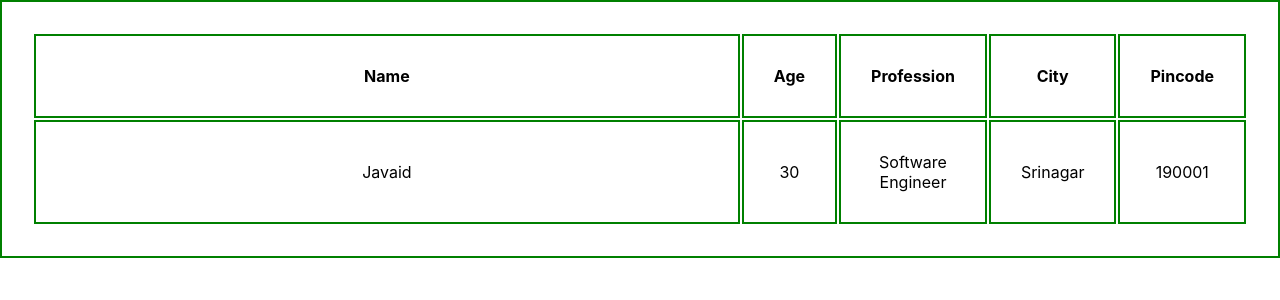
Repository: JavaidAhmadKhan/framer-motion-reacr
Page: /
The author's editor kept a copy of each file at every save. The page is drawn from the files as they stood at one save, then again after the next save.
The browser window is 1280 px wide. The pictures show the whole page.
The project was rebuilt for these pictures with package versions that can differ from the ones it lists, and the page was loaded fresh each time.

Above is the page before, as saved 2022-05-19 17:54:12.

After the next save:
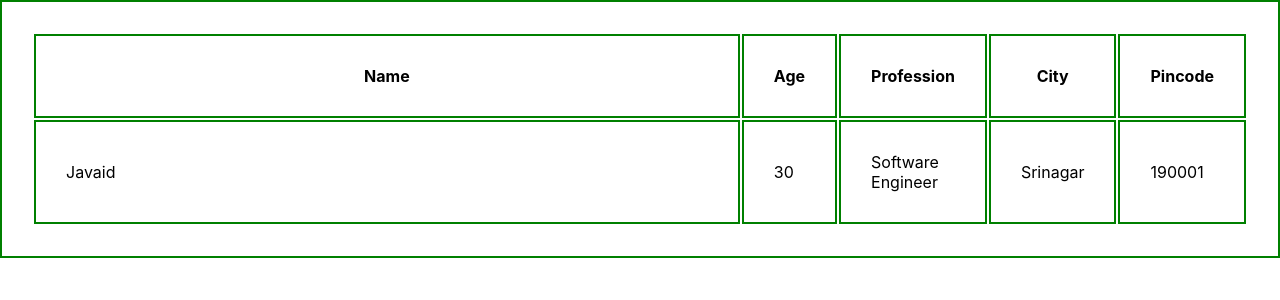
Saved 12 s later.
--- a/src/App.css
+++ b/src/App.css
@@ -5,7 +5,7 @@
   border: 2px solid green;
   padding: 30px;
   margin: 0px;
-  justify-content: center;
+  /* justify-content: center;
   align-items: center;
-  text-align: center;
+  text-align: center; */
 }

After the save that followed:
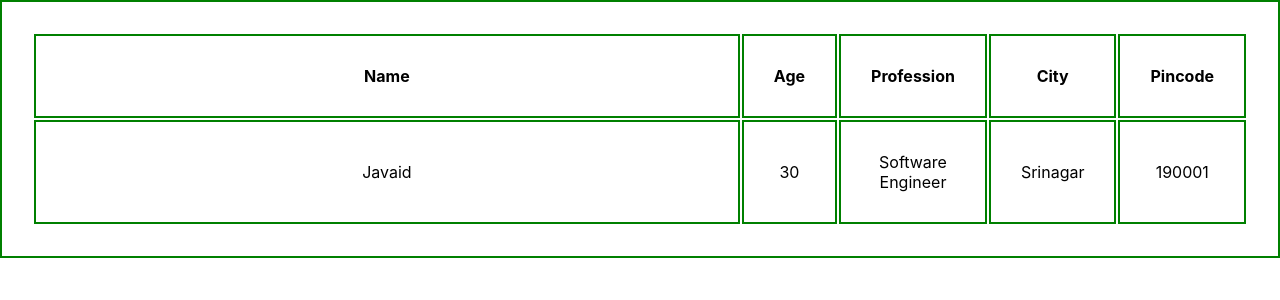
Saved 7 s later.
--- a/src/App.css
+++ b/src/App.css
@@ -5,7 +5,7 @@
   border: 2px solid green;
   padding: 30px;
   margin: 0px;
-  /* justify-content: center;
+  justify-content: center;
   align-items: center;
-  text-align: center; */
+  text-align: center;
 }
